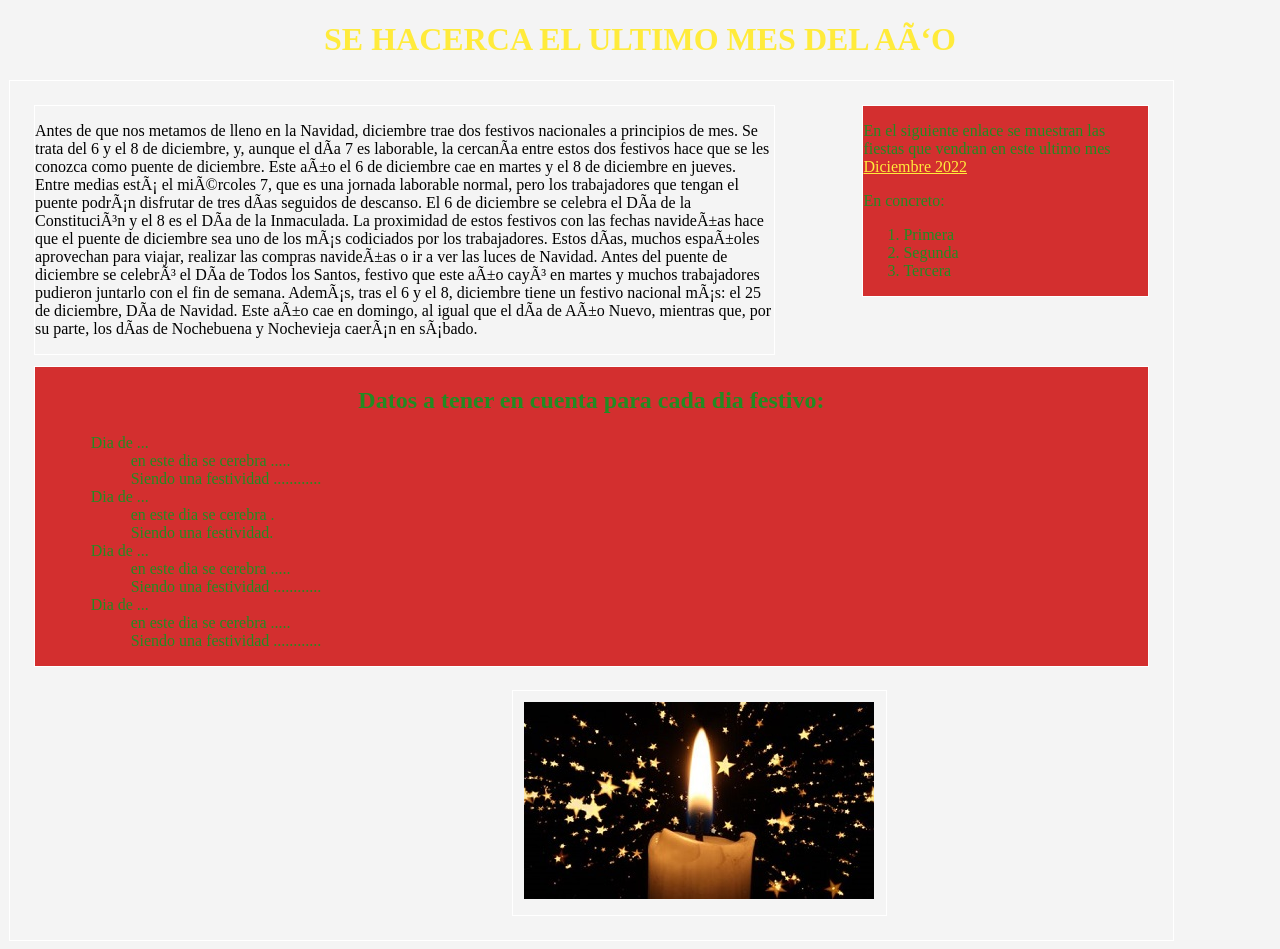
Repository: demoniers/clase
Page: lenguajes/examen2/src/index.html
These files come from the project's save history. The page is drawn as it stood at one moment and after the next save; the edit follows.
The browser window is 1280 px wide. The pictures show the whole page.

Above is the page before, as saved 2024-11-06 13:48:06.

### lenguajes/examen2/src/index.html
<!DOCTYPE html>
<html>
  <head>
    <title>¡Festivos Fin de Año!</title>
    <link rel="stylesheet" href="../style/style.css" />
    <meta name="author" content="Diego" />
    <meta name="description" content="¡Festivos Fin de Año!" />
    <meta name="Date" content="06/11/2024"/>
    <meta name="keywords" content="Festivo, Fiesta"/>
    <meta charset="ISO 8859-1">
    <meta lang="ES, FR, IT">
  </head>

  <body>
    <h1 class="center">SE HACERCA EL ULTIMO MES DEL AÑO</h1>
    <div id="container">
      <div class="c65" >
        <p>Antes de que nos metamos de lleno en la Navidad, diciembre trae dos festivos nacionales a principios
          de mes. Se trata del 6 y el 8 de diciembre, y, aunque el día 7 es laborable, la cercanía entre estos dos
          festivos hace que se les conozca como puente de diciembre. Este año el 6 de diciembre cae en martes y
          el 8 de diciembre en jueves. Entre medias está el miércoles 7, que es una jornada laborable normal,
          pero los trabajadores que tengan el puente podrán disfrutar de tres días seguidos de descanso. El 6 de
          diciembre se celebra el Día de la Constitución y el 8 es el Día de la Inmaculada. La proximidad de estos
          festivos con las fechas navideñas hace que el puente de diciembre sea uno de los más codiciados por los
          trabajadores. Estos días, muchos españoles aprovechan para viajar, realizar las compras navideñas o ir a
          ver las luces de Navidad. Antes del puente de diciembre se celebró el Día de Todos los Santos, festivo
          que este año cayó en martes y muchos trabajadores pudieron juntarlo con el fin de semana. Además,
          tras el 6 y el 8, diciembre tiene un festivo nacional más: el 25 de diciembre, Día de Navidad. Este año
          cae en domingo, al igual que el día de Año Nuevo, mientras que, por su parte, los días de Nochebuena y
          Nochevieja caerán en sábado.
          </p>
      </div>
      <div class="c25" >
        <p>En el siguiente enlace se muestran las fiestas que vendran en este ultimo mes <a href="calendarioFestivos.html" target="_blank">Diciembre 2022</a></p>
        <p>En concreto:</p>
        <ol>
          <li>Primera</li>
          <li>Segunda</li>
          <li>Tercera</li>
        </ol>
      </div>
      <div class="cc" >
        <h2 class="center">Datos a tener en cuenta para cada dia festivo:</h2>
        <dl>
          <dt>Dia de ...</dt>
          <dd>en este dia se cerebra .....</dd>
          <dd>Siendo una festividad ............</dd>
          <dt>Dia de ...</dt>
          <dd>en este dia se cerebra .</dd>
          <dd>Siendo una festividad.</dd>
          <dt>Dia de ...</dt>
          <dd>en este dia se cerebra .....</dd>
          <dd>Siendo una festividad ............</dd>
          <dt>Dia de ...</dt>
          <dd>en este dia se cerebra .....</dd>
          <dd>Siendo una festividad ............</dd>
        </dl>
      </div>
      <div class="cimg" >
        <img src="../img/navidad.jpg">
      </div>
      <p class="fin"></p>
    </div>
  </body>
</html>

### lenguajes/examen2/style/style.css
body {
    background-color: #f4f4f4;
}
.center {
    text-align: center;
}
#container {
    border: 1px solid white;
    padding: 1%;
    margin: 1px;
    height: 9s0%;
    width: 90%;
}
.c65{
    float: left;
    width: 65%;
    border: 1px solid white;
}
.c25{
    float: right;
    width: 25%;
    border: 1px solid white;
    background-color: #D32F2F;
    color: #228B22;
}
div {
    margin: 1%;
}
a, h1 {
    color: #FFEB3B;
}
.cc {
    clear: both;
    border: 1px solid white;
    background-color: #D32F2F;
    color: #228B22;
}
dl {
    margin-left: 5%;
}
.cimg {
    float: left;
    margin-left: 43%;
    border: 1px double white;
    padding: 1%;
}
.fin {
    clear:both;
}
.cenimg {
    margin-left: 25%;
    float: left;
}

After the next save:
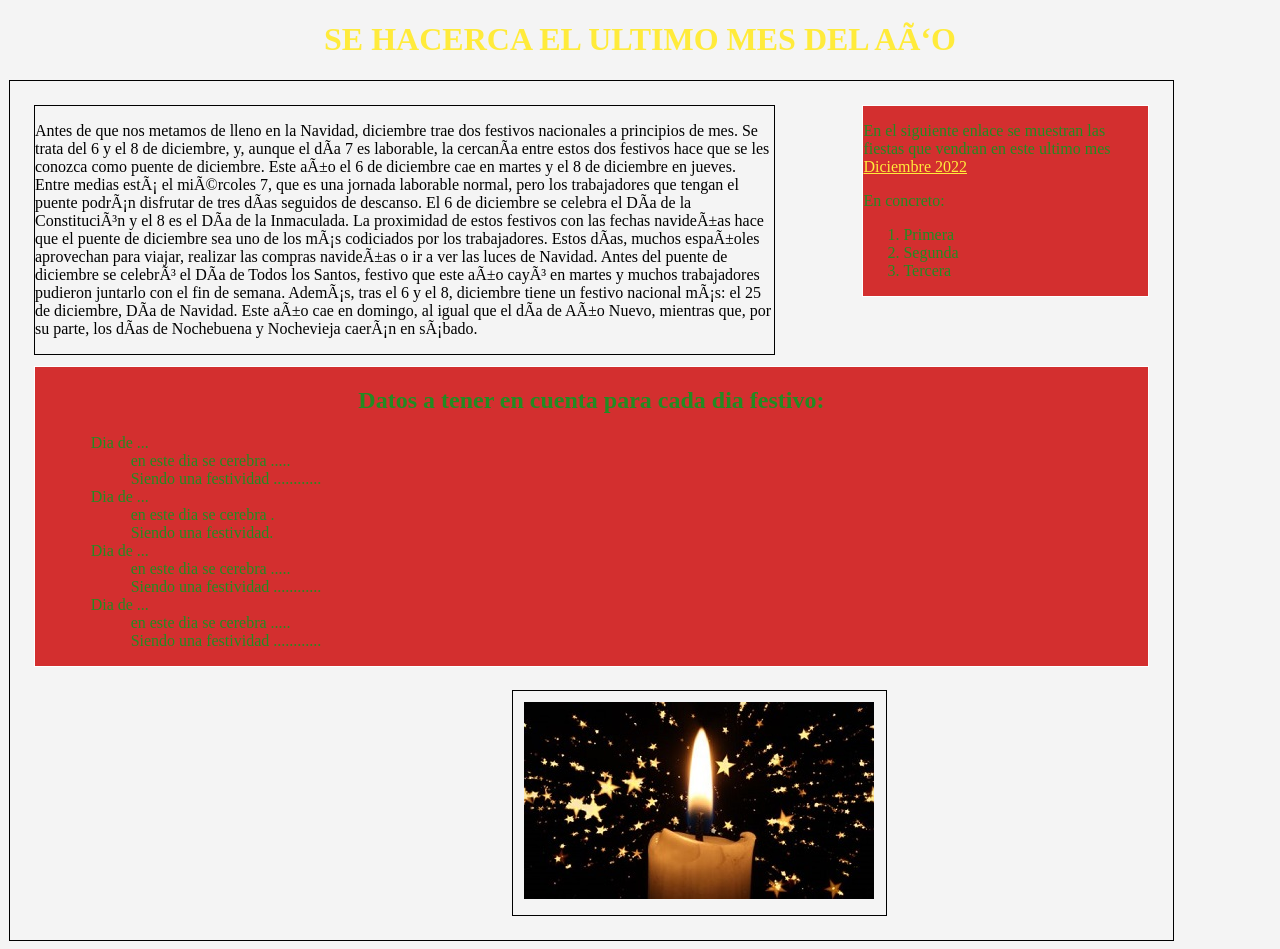
Saved 64 s later.
--- a/lenguajes/examen2/style/style.css
+++ b/lenguajes/examen2/style/style.css
@@ -5,7 +5,7 @@
     text-align: center;
 }
 #container {
-    border: 1px solid white;
+    border: 1px solid black;
     padding: 1%;
     margin: 1px;
     height: 9s0%;
@@ -14,7 +14,7 @@
 .c65{
     float: left;
     width: 65%;
-    border: 1px solid white;
+    border: 1px solid black;
 }
 .c25{
     float: right;
@@ -41,7 +41,7 @@
 .cimg {
     float: left;
     margin-left: 43%;
-    border: 1px double white;
+    border: 1px double black;
     padding: 1%;
 }
 .fin {
